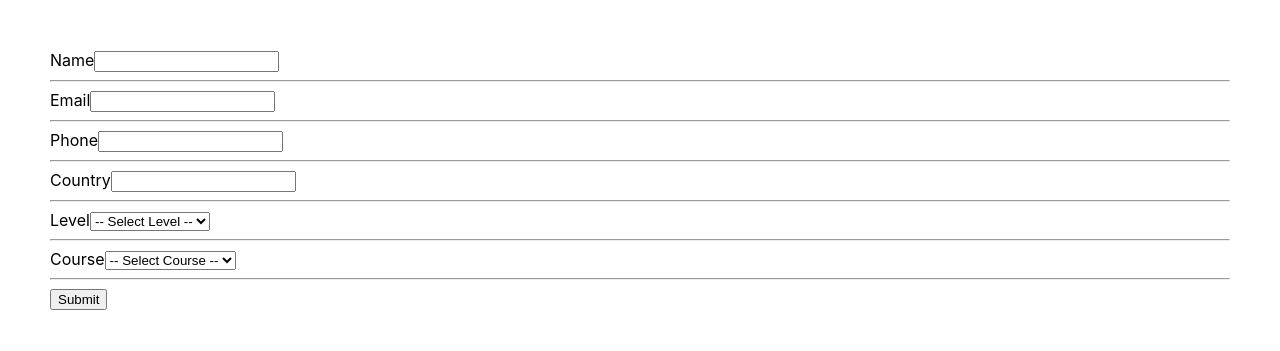
Repository: talha-mahmood/form_react
Page: /
These files come from the project's save history. The page is drawn as it stood at one moment and after the next save; the edit follows.
The browser window is 1280 px wide. The pictures show the whole page.
The project was rebuilt for these pictures with package versions that can differ from the ones it lists, and the page was loaded fresh each time.

Above is the page before, as saved 2023-03-13 16:01:21.

### public/index.html
<!DOCTYPE html>
<html lang="en">
  <head>
    <meta charset="utf-8" />
    <link rel="icon" href="%PUBLIC_URL%/favicon.ico" />
    <meta name="viewport" content="width=device-width, initial-scale=1" />
    <meta name="theme-color" content="#000000" />
    <meta
      name="description"
      content="Web site created using create-react-app"
    />

    <link rel="apple-touch-icon" href="%PUBLIC_URL%/logo192.png" />
    <!--
      manifest.json provides metadata used when your web app is installed on a
      user's mobile device or desktop. See https://developers.google.com/web/fundamentals/web-app-manifest/
    -->
    <link rel="manifest" href="%PUBLIC_URL%/manifest.json" />
    <!--
      Notice the use of %PUBLIC_URL% in the tags above.
      It will be replaced with the URL of the `public` folder during the build.
      Only files inside the `public` folder can be referenced from the HTML.

      Unlike "/favicon.ico" or "favicon.ico", "%PUBLIC_URL%/favicon.ico" will
      work correctly both with client-side routing and a non-root public URL.
      Learn how to configure a non-root public URL by running `npm run build`.
    -->
    <title>React App</title>
  </head>
  <body>
    <noscript>You need to enable JavaScript to run this app.</noscript>
    <div id="root"></div>

    <!--
      This HTML file is a template.
      If you open it directly in the browser, you will see an empty page.

      You can add webfonts, meta tags, or analytics to this file.
      The build step will place the bundled scripts into the <body> tag.

      To begin the development, run `npm start` or `yarn start`.
      To create a production bundle, use `npm run build` or `yarn build`.
    -->
  </body>
</html>

### src/App.js
import './App.css';
import React, { useState } from 'react';

const App=()=>{
  const [name, setName] = useState('');
  const [email, setEmail] = useState('');
  const [phone, setPhone] = useState('');
  const [country, setCountry] = useState('');
  const [level, setLevel] = useState('');
  const [course, setCourse] = useState('');

  const handleSubmit = (event) => {
    event.preventDefault();
    // TODO: handle form submission
  }

  return (
    <div>
    <form onSubmit={handleSubmit}>
      <div>
        <label htmlFor="name">Name</label>
        <input
          type="text"
          id="name"
          value={name}
          onChange={(event) => setName(event.target.value)}
          required
        />
      </div>
      <hr/>
      <div>
        <label htmlFor="email">Email</label>
        <input
          type="email"
          id="email"
          value={email}
          onChange={(event) => setEmail(event.target.value)}
          required
        />
      </div>
      <hr/>
      <div>
        <label htmlFor="phone">Phone</label>
        <input
          type="tel"
          id="phone"
          value={phone}
          onChange={(event) => setPhone(event.target.value)}
          required
        />
      </div>
      <hr/>
      <div>
        <label htmlFor="country">Country</label>
        <input
          type="text"
          id="country"
          value={country}
          onChange={(event) => setCountry(event.target.value)}
          required
        />
      </div>
      <hr/>
      <div>
        <label htmlFor="level">Level</label>
        <select id="level" value={level} onChange={(event) => setLevel(event.target.value)} required>
          <option value="">-- Select Level --</option>
          <option value="Beginner">Beginner</option>
          <option value="Intermediate">Intermediate</option>
          <option value="Advanced">Advanced</option>
        </select>
      </div>
      <hr/>
      <div>
        <label htmlFor="course">Course</label>
        <select id="course" value={course} onChange={(event) => setCourse(event.target.value)} required>
          <option value="">-- Select Course --</option>
          <option value="Quranic Arabic">Quranic Arabic</option>
          <option value="Tafseer">Tafseer</option>
          <option value="Hifz">Hifz</option>
        </select>
      </div>
           <hr/>
      <button type="submit">Submit</button>
    </form>
    </div>
  );
}

export default App;

### src/App.css
.App {
  text-align: center;
}

.App-logo {
  height: 40vmin;
  pointer-events: none;
}

@media (prefers-reduced-motion: no-preference) {
  .App-logo {
    animation: App-logo-spin infinite 20s linear;
  }
}

.App-header {
  background-color: #282c34;
  min-height: 100vh;
  display: flex;
  flex-direction: column;
  align-items: center;
  justify-content: center;
  font-size: calc(10px + 2vmin);
  color: white;
}

.App-link {
  color: #61dafb;
}

@keyframes App-logo-spin {
  from {
    transform: rotate(0deg);
  }
  to {
    transform: rotate(360deg);
  }
}

form{
  padding: 50px;

}

Loaded but not shown: src/index.js (common file); src/index.css (common file); src/reportWebVitals.js (common file)

After the next save:
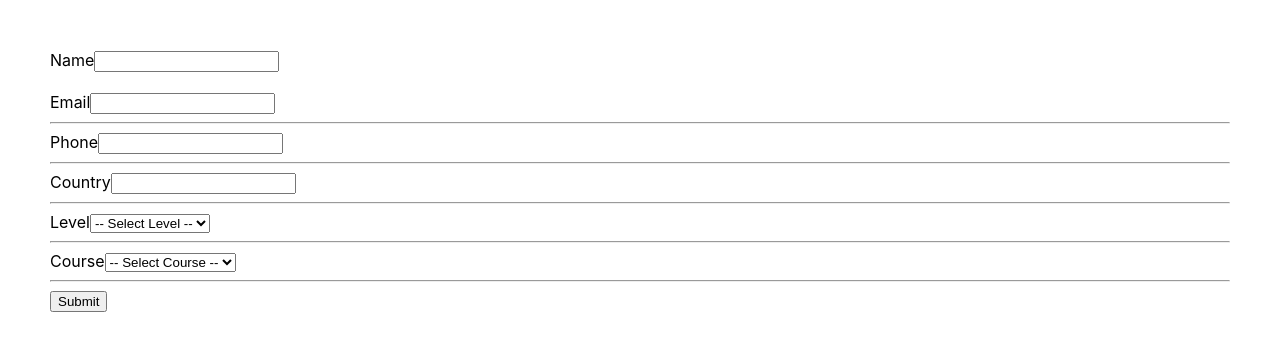
Saved 12 s later.
--- a/src/App.js
+++ b/src/App.js
@@ -27,7 +27,7 @@
           required
         />
       </div>
-      <hr/>
+      <br/>
       <div>
         <label htmlFor="email">Email</label>
         <input

After the 2 saves that followed:
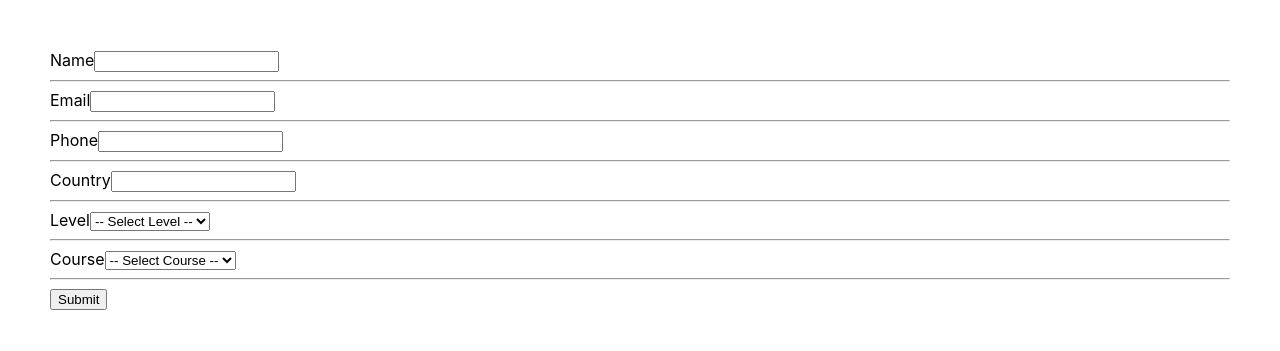
The 2 saves are shown as one change because they came seconds apart.
The last was saved 15 s later.
--- a/src/App.js
+++ b/src/App.js
@@ -27,7 +27,7 @@
           required
         />
       </div>
-      <br/>
+      <hr/>
       <div>
         <label htmlFor="email">Email</label>
         <input
